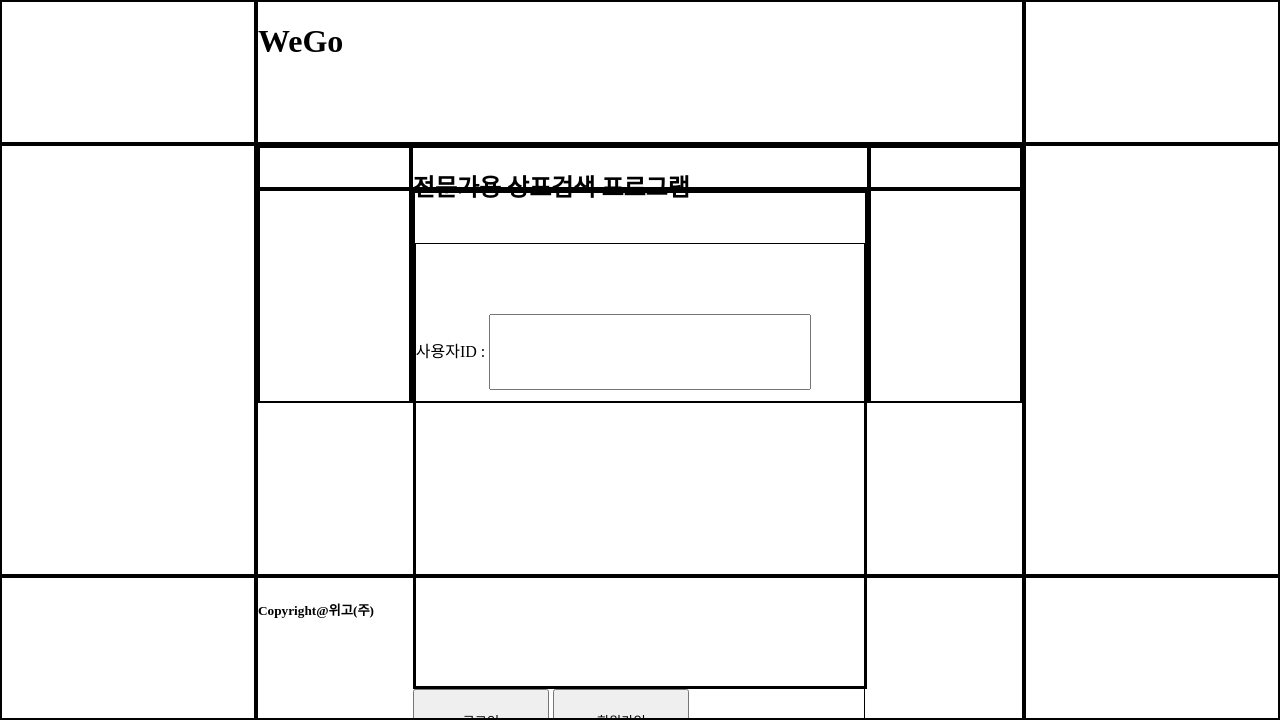
Repository: hamuse/wego1
Page: http://localhost/teamW1/facade.do
These files come from the project's save history. The page is drawn as it stood at one moment and after the next save; the edit follows.
The browser window is 1280 px wide. The pictures show the whole page.
Some web libraries are served in a nearby version. The page is served by Tomcat 9. Other server files are loaded and not shown.

Above is the page before, as saved 2019-10-07 10:45:41.

### teamW1/WebContent/WEB-INF/views/facade/main.jsp
<%@ page language="java" contentType="text/html; charset=UTF-8"
   pageEncoding="UTF-8"%>
<%@ taglib prefix="c" uri="http://java.sun.com/jsp/jstl/core" %>
<jsp:include page="../common/head.jsp"/>
<div class="container">
<div></div><div><h2>전문가용 상표검색 프로그램</h2></div><div></div>
<div></div>

<div class="content">
<c:choose>
    <c:when test="${page eq 'login'}">
    <jsp:include page="login.jsp"/>
    </c:when>
    <c:when test="${page eq 'join'}">
    <jsp:include page="join.jsp"/>
    </c:when>
</c:choose>
</div>
<div></div>
</div>
<jsp:include page="../common/foot.jsp"/>

### teamW1/WebContent/WEB-INF/views/common/head.jsp
<%@ page language="java" contentType="text/html; charset=UTF-8"
    pageEncoding="UTF-8"%>
<!doctype html>
<html lang="en">
<head>
	<meta charset="UTF-8" />
	<title>Document</title>
	<script src='http://ajax.googleapis.com/ajax/libs/jquery/1.11.3/jquery.min.js'></script>
	<script src="${js}/app.js"></script>
	<link rel="stylesheet" type="text/css" href="${css}/style.css"></link>
</head>
<body>
<div class="wrapper" style="width: 100%; height:100%">
<div></div><div><h1>WeGo</h1></div><div></div>
<div></div>

### teamW1/WebContent/WEB-INF/views/facade/login.jsp
<%@ page language="java" contentType="text/html; charset=UTF-8"
   pageEncoding="UTF-8"%>


<form id="login_form">
<div id="login_tab">
    <div id="login_tab_item_1">
    부서명 : <input id="d_Name" class="input_text" type="text" name="dName"/>
    </div>
    <div id="login_tab_item_2">
    사용자ID : <input id="userName" class="input_text" type="text" name="empNo"/>
    </div>
    <div id="login_tab_item_3">
    비밀번호 : <input id="userPw" class="input_text" type="text" name="eName"/>
    </div>
</div>
    <input type="hidden" name="action" value="login" />
    <input type="hidden" name="page" value="mypage" />
    <input id="login_btn" type="button" value="로그인"/>
    <input id="join_btn" type="button" value="회원가입"/>
</form>


<script>
/*$('#login_btn').click(function(){
    alert('쫌!!!!떠라!!!!');
}); */
app.init('${ctx}');
</script>

### teamW1/WebContent/WEB-INF/views/common/foot.jsp
<%@ page language="java" contentType="text/html; charset=UTF-8"
    pageEncoding="UTF-8"%>

<div></div><div></div><div><h5>Copyright@위고(주)</h5></div>
<div></div>

</body>
</html>

### teamW1/src/com/web/team1/controllers/FacadeController.java
package com.web.team1.controllers;

import java.io.IOException;
import javax.servlet.ServletException;
import javax.servlet.annotation.WebServlet;
import javax.servlet.http.HttpServlet;
import javax.servlet.http.HttpServletRequest;
import javax.servlet.http.HttpServletResponse;

import com.web.team1.pool.Constants;

@WebServlet("/facade.do")
public class FacadeController extends HttpServlet {
	private static final long serialVersionUID = 1L;

	enum Resources {
		CTX, CSS, JS, IMG
	}
	protected void service(HttpServletRequest request, HttpServletResponse response) throws ServletException, IOException {
		for(Resources r : Resources.values()) {
			System.out.println("퍼사드>>>>>"+r.toString().toLowerCase());
//			    request.getSession().setAttribute(r.toString().toLowerCase(), request.getContextPath()+"/resources/"+r.toString().toLowerCase());
			    request.getSession().setAttribute(r.toString().toLowerCase(), request.getContextPath()+((r.toString().toLowerCase().equals("ctx"))
			    		?"" : "/resources/"+r.toString().toLowerCase()));
		}
		if(request.getParameter("page")==(null)) {
		request.setAttribute("page","login");
	}else {
		request.setAttribute("page", request.getParameter("page"));
		}
	request.getRequestDispatcher(
				String.format(Constants.DOUBLE_PATH,
						request.getServletPath().substring(1,request.getServletPath().indexOf(".")),
						"main"))
		.forward(request,response);
//		System.out.println("야 퍼사드로 들어오냥?");
//		 request
//		  .getRequestDispatcher(
//				  String.format(Constants.DOUBLE_PATH,request.getServletPath().substring(1,request.getServletPath().indexOf(".")),
//						  "login"))
//		  .forward(request, response);

	}
}

### teamW1/WebContent/resources/js/app.js
var app= (()=>{
    return{
        init : (ctx)=>{
            $('#login_btn').click(()=>{
                alert('로그인!!!!!!');
                location.assign(ctx+'/login.do?action=login&page=mypage');
            });
            $('#join_btn').click(()=>{
                alert('회원가입 이동');
                location.assign(ctx+'/facade.do?action=move&page=join');
            });
            btn.login2(ctx);
            btnjoin.joinbtn(ctx);
        }

    };
})();
var member = (()=>{
    var _dName,_deptNo,_eName,_empNo,_dName,_job,_mgr,_hireDate,_comm;
    var setEmpNo = (empNo)=>{this._empNo = empNo;}
    var setEName = (eName)=>{this._eName = eName;}
    var setDName = (dName)=>{this._dName = dName;}
    var getEmpNo = ()=>{return this._setEmpNo;}
    var getEName = ()=>{return this._setEName;}
    var getDName = ()=>{return this._setDName;}
    return{
        setEmpNo : setEmpNo,setEName : setEName,setDName : setDName,
        getEmpNo : getEmpNo,getEName : getEName,getDName : getDName
    };
})();
var btn= (()=>{
	return{
		 login2 : (ctx)=>{
			   $('#login_btn').click(()=>{
	            	if($('#d_Name').val()===''||$('#empNo').val()===''||
	            			$('#eName').val()===''){
	            		alert('필수값이 없습니다')}
	            		else{
	            			alert('입력한 아이디 값: '+$('#empNo').val());
	            			$('#login_form')
	            			$('#login_form').attr('action', ctx+'/login.do');
	            			$('#login_form').attr('method','POST');
	            			$('#login_form').submit();
	            		}
	            });
		 }
	};
})();

var btnjoin=(()=>{
	return{
		joinbtn : (ctx)=>{
			$('#join_btn1').click(()=>{
				alert('회원가입!!!됐냐?!!!');
				$('#join_form').attr('action',ctx+'/login.do');
				$('#join_form').submit();

			});
		}
	};
})();

### teamW1/WebContent/resources/css/style.css
@charset "UTF-8";
html, body{
	margin: 0;
	height: 100%;
	overflow: hidden;
}
.wrapper{
	display: grid;
	width: 100%
	height: 100%;
	grid-template-columns: 20% 60% 20%;
	grid-template-rows: 20% 60% 20%;
}
.wrapper div{
	border: 2px solid black;
}
.container{
	display: grid;
	width: 100%
	height: 100%;
	grid-template-columns: 20% 60% 20%;
	grid-template-rows: 10% 50% 10%;
}
.container div{
	border : 2px solid black;
}
#login_tab{
	display: grid;
	width: 100%
	height: 80%
	grid-template-columns: 50% 50%;
	grid-template-rows: 50% 50%;
	margin: 0 auto;
	padding-top: 50px;
}
#join_form{width: 100%; height: 100%}
#login_form{width: 100%; height: 100%}
#login_tab div{border : 1px solid black;}
#login_tab_item_1{grid-column: 1/5;}
#login_tab_item_2{grid-column: 1/5;grid-row: 1/3;}
#login_tab_item_3{grid-column: 1/5;}
#login_btn{width: 30%; height: 30%}
#join_btn{width: 30%; height: 30%}
.input_text{width: 70%; height: 70px; margin-top: 70px}

After the next save:
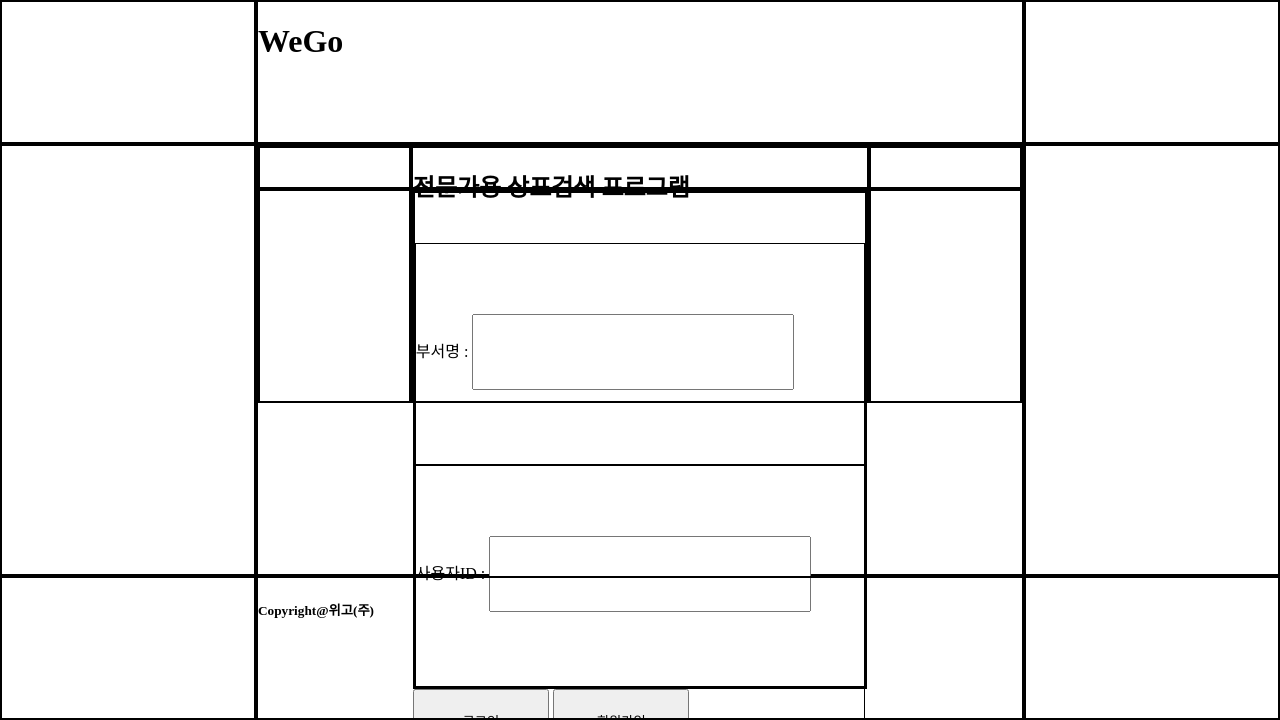
Saved 27 s later.
--- a/teamW1/WebContent/resources/css/style.css
+++ b/teamW1/WebContent/resources/css/style.css
@@ -37,7 +37,7 @@ html, body{
 #login_form{width: 100%; height: 100%}
 #login_tab div{border : 1px solid black;}
 #login_tab_item_1{grid-column: 1/5;}
-#login_tab_item_2{grid-column: 1/5;grid-row: 1/3;}
+#login_tab_item_2{grid-column: 1/5;}
 #login_tab_item_3{grid-column: 1/5;}
 #login_btn{width: 30%; height: 30%}
 #join_btn{width: 30%; height: 30%}
